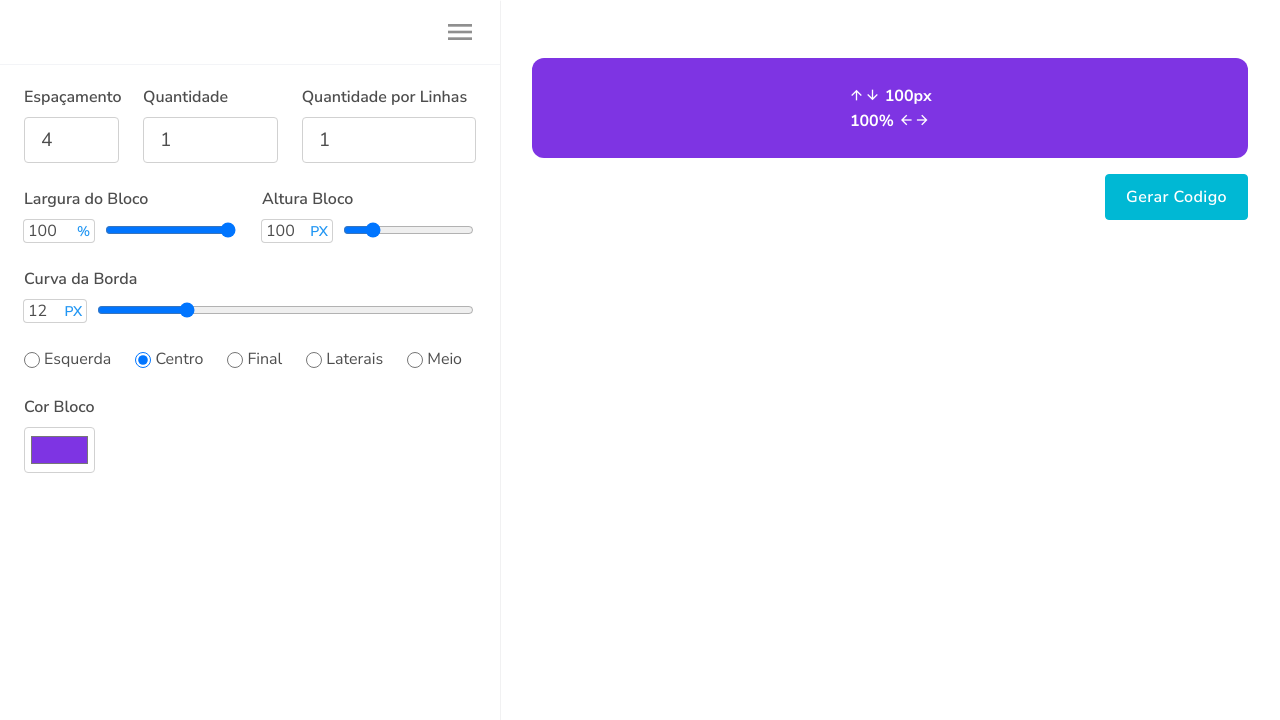
Repository: Flintdl/lowcode-elements
Page: /
The author's editor kept a copy of each file at every save. The page is drawn from the files as they stood at one save, then again after the next save.
The browser window is 1280 px wide. The pictures show the whole page.
The project was rebuilt for these pictures with package versions that can differ from the ones it lists, and the page was loaded fresh each time. Also part of the build but not shown: vue.config.js.

Above is the page before, as saved 2022-04-05 14:26:21.

After the next save:
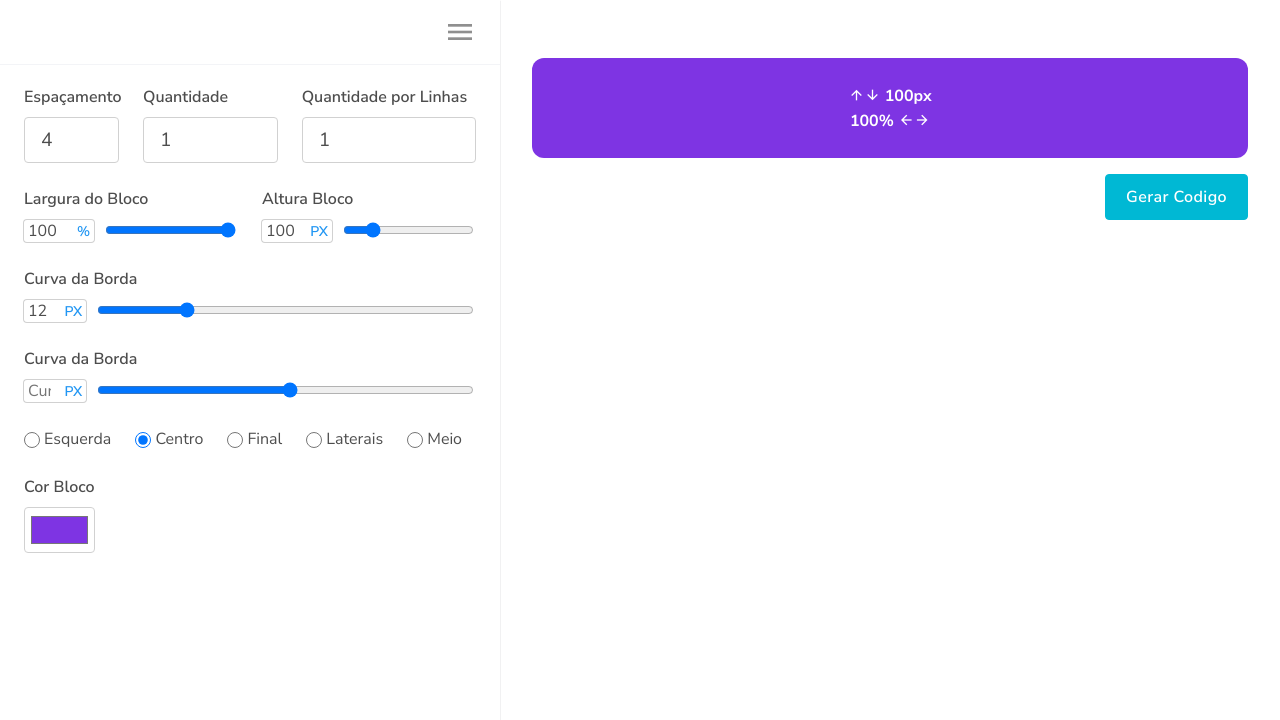
Saved 3 min 12 s later.
--- a/src/components/Menu/MenuTemplate.vue
+++ b/src/components/Menu/MenuTemplate.vue
@@ -44,6 +44,10 @@
               <InputBorderRadiusBloco
                 :valorInput="inputBorderRadius"
                 v-on:callback="getValorRadiusBloco"
+              />
+              <InputBorderBloco
+                :valorInput="inputBorder"
+                v-on:callback="getValorBorderBloco"
               />
             </div>
             <InputPosicaoBloco
@@ -90,6 +94,7 @@ import InputQuantLinhasTemplate from "@/components/templates/InputQuantLinhasTem
 import InputLarguraBloco from "@/components/templates/InputLarguraBloco.vue";
 import InputAlturaBloco from "@/components/templates/InputAlturaBloco.vue";
 import InputBorderRadiusBloco from "@/components/templates/InputBorderRadiusBloco.vue";
+import InputBorderBloco from "@/components/templates/InputBorderBloco.vue";
 import InputPosicaoBloco from "@/components/templates/InputPosicaoBloco.vue";
 import image from "@/assets/logo-soften.webp";
 
@@ -105,6 +110,7 @@ export default {
       inputGap: (this.inputGap = "4"),
       checkValue: (this.checkValue = "center"),
       inputColor: (this.inputColor = "#7e34e3"),
+      inputBorder: (this.inputBorder = "3px"),
       image: image,
     };
   },
@@ -117,6 +123,7 @@ export default {
     InputAlturaBloco,
     InputPosicaoBloco,
     InputBorderRadiusBloco,
+    InputBorderBloco,
   },
   beforeMount() {
     if (window.innerWidth >= 768) {
@@ -173,6 +180,9 @@ export default {
     getValorRadiusBloco(valor) {
       this.inputBorderRadius = valor;
     },
+    getValorBorderBloco(valor) {
+      this.inputBorder = valor;
+    },
     getValorPosicaoBloco(valor) {
       this.checkValue = valor;
     },
